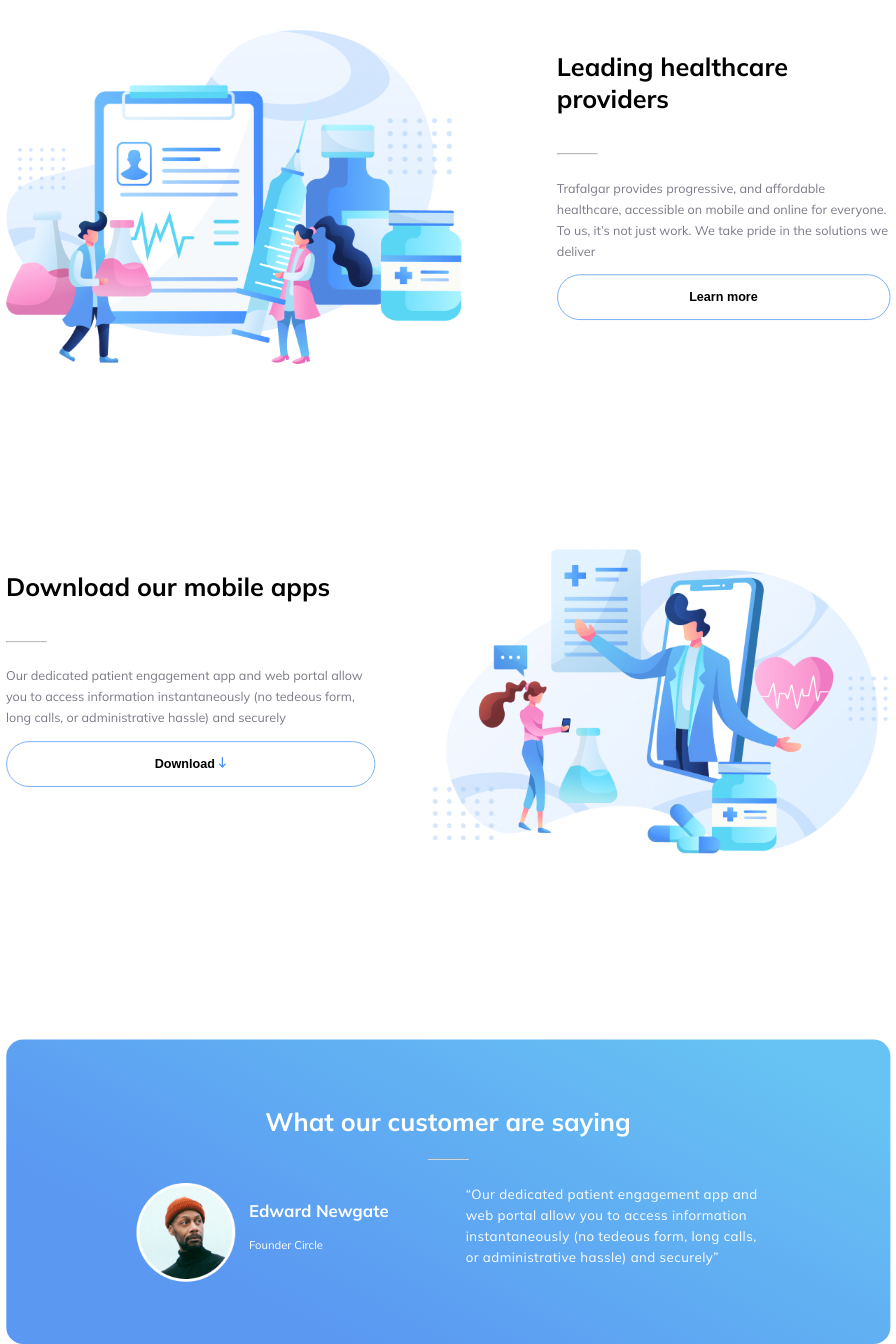
Repository: ivan-developer-01/trafalgar-layout
Page: index.html
The author's editor kept a copy of each file at every save. The page is drawn from the files as they stood at one save, then again after the next save.
The browser window is 1280 px wide. The pictures show the part of the page from y = 2160 to 4080 px (the page is 4080 px tall before and 3896 px after), at 70% of full size.

Above is the page before, as saved 2024-11-08 16:04:56.

After the next save:
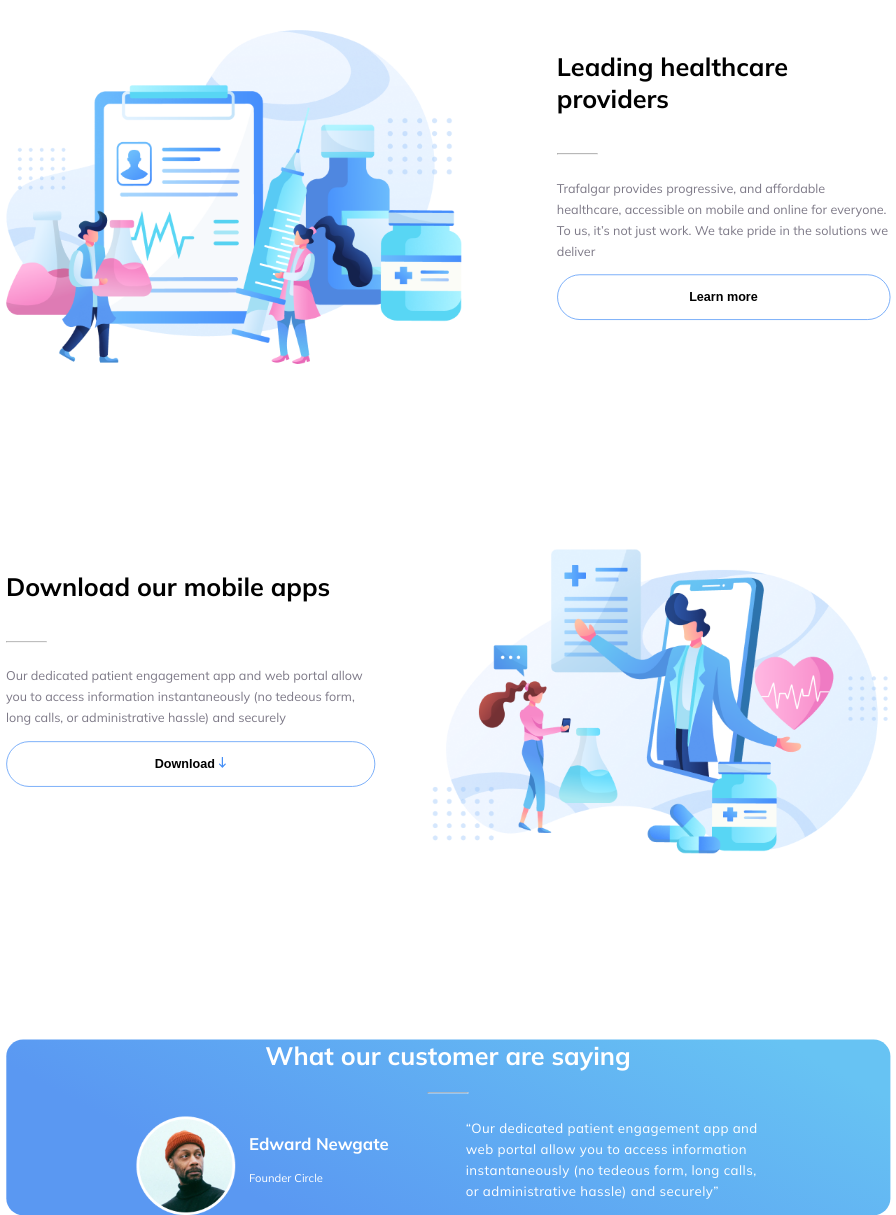
Saved 15 s later.
--- a/style.css
+++ b/style.css
@@ -236,8 +236,8 @@ p {
 	background: linear-gradient(208.18deg, #67C3F3 9.05%, #5A98F2 76.74%);
 	color: white;
 	text-align: center;
-	padding-top: 65px;
-	padding-bottom: 89px;
+	/* padding-top: 65px;
+	padding-bottom: 89px; */
 	border-radius: 24px;
 }
 
